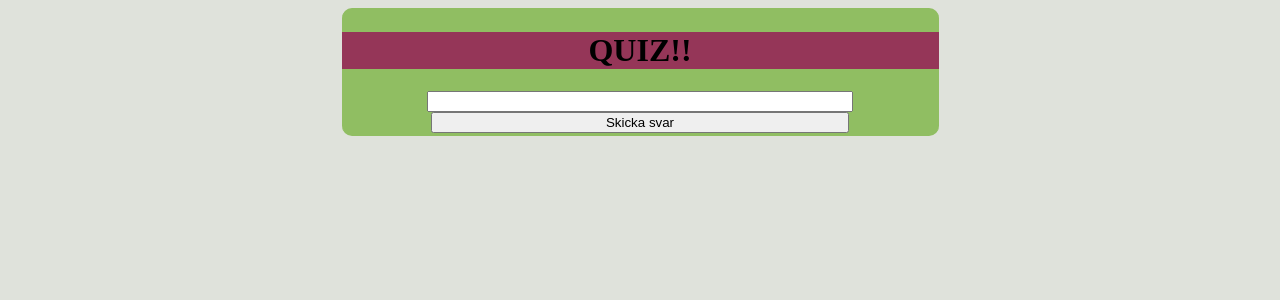
Repository: vr222bt/1dv403-laborationer
Page: 4-thequiz/index.html
The author's editor kept a record of every edit. The page is drawn from the files as they stood at one moment, then again after the next edit.
The browser window is 1280 px wide. The pictures show the whole page.
The page's requests for data from a server got no answer.

Above is the page before.

After the next edit:
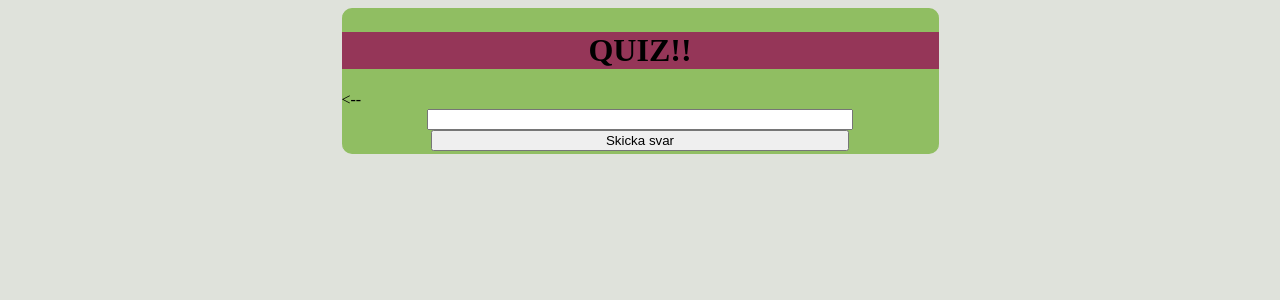
The edit:
--- a/4-thequiz/index.html
+++ b/4-thequiz/index.html
@@ -13,7 +13,8 @@
             </header>
             <main>
                 <form>
-                    <input type="text" id"answer">
+                    <--
+                    <input type="text" id="answer">
                     <input type="button" id="button" value="Skicka svar">
                 </form>
             </main>
